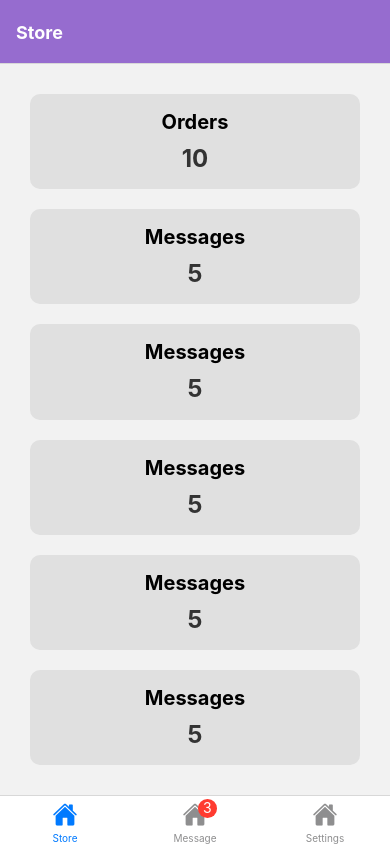
Repository: Waikato153/AwesomeProject
Screen: /
These files come from the project's save history. The screen is drawn as it stood at one moment and after the next save; the edit follows.
The app was drawn by React Native's web renderer in a window 390 px wide. The project was rebuilt for these pictures with package versions that can differ from the ones it lists, and the page was loaded fresh each time.

Above is the screen before, as saved 2024-02-29 11:46:23.

### App.js
import * as React from 'react';
import { Text, View, StyleSheet} from 'react-native';
import { NavigationContainer } from '@react-navigation/native';
import { createBottomTabNavigator } from '@react-navigation/bottom-tabs';
import { Ionicons } from '@expo/vector-icons';

import HomeScreen from './screens/HomeScreen';

function SettingsScreen() {
  return (
    <View style={{ flex: 1, justifyContent: 'center', alignItems: 'center' }}>
      <Text>Settings!</Text>
    </View>
  );
}


const styles = StyleSheet.create({
  container: {
    flex: 1,
    justifyContent: 'center',
    backgroundColor: 'white',
    alignItems: 'center',
    padding: 8,
  },
  paragraph: {
    margin: 24,
    fontSize: 18,
    fontWeight: 'bold',
    textAlign: 'center',
  },
});

const Tab = createBottomTabNavigator();

function MyTabs() {
  return (

    <Tab.Navigator
      screenOptions={{
        tabBarIcon: ({ color, size }) => (
          <Ionicons name="home" color={color} size={size} />
        ),
        headerStyle: {
          backgroundColor: '#966ccf',
        },
        headerTintColor: '#fff',
        headerTitleStyle: {
          fontWeight: 'bold',
        },
      }}
    >
      <Tab.Screen
        name="Store"
        component={HomeScreen}

      />
      <Tab.Screen
        name="Message"
        component={SettingsScreen}
        options={{
          tabBarBadge: 3
        }}
      />
      <Tab.Screen
        name="Settings"
        component={SettingsScreen}
      />
    </Tab.Navigator>
  );
}

export default function App() {
  return (
    <NavigationContainer>
      <MyTabs />
    </NavigationContainer>
  );
}

### screens/HomeScreen.js
import React from 'react';
import { View, Text, StyleSheet, ScrollView } from 'react-native';

const HomeScreen = () => {
  return (
    <View  style={styles.container}>
      <View style={styles.block}>
        <Text style={styles.title}>Orders</Text>
        <Text style={styles.count}>10</Text>
      </View>
      <View style={styles.block}>
        <Text style={styles.title}>Messages</Text>
        <Text style={styles.count}>5</Text>
      </View>
      <View style={styles.block}>
        <Text style={styles.title}>Messages</Text>
        <Text style={styles.count}>5</Text>
      </View>
      <View style={styles.block}>
        <Text style={styles.title}>Messages</Text>
        <Text style={styles.count}>5</Text>
      </View>
      <View style={styles.block}>
        <Text style={styles.title}>Messages</Text>
        <Text style={styles.count}>5</Text>
      </View>
      <View style={styles.block}>
        <Text style={styles.title}>Messages</Text>
        <Text style={styles.count}>5</Text>
      </View>
    </View>
  );
};

const styles = StyleSheet.create({
  container: {
    padding: 20,

    flex:1,
  },
  block: {
    flex:1,
    justifyContent: 'center',
    alignItems: 'center',
    backgroundColor: '#e0e0e0',
    borderRadius: 10,
    padding: 20,
    margin: 10,
  },
  title: {
    fontSize: 20,
    fontWeight: 'bold',
    marginBottom: 10,
  },
  count: {
    fontSize: 24,
    fontWeight: 'bold',
    color: '#333333',
  },
});

export default HomeScreen;

After the next save:
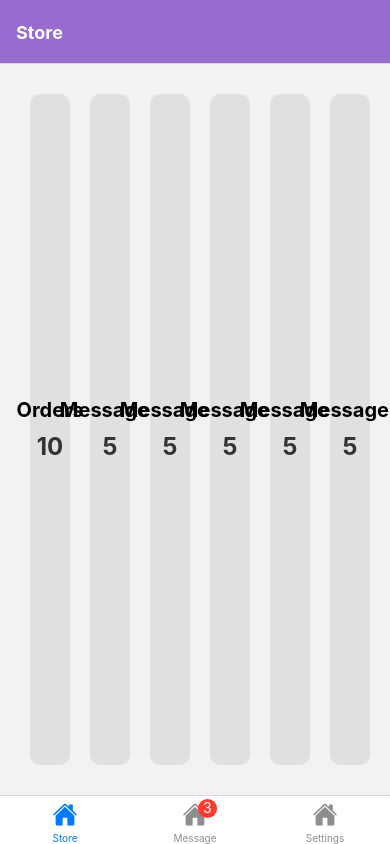
Saved 30 s later.
--- a/screens/HomeScreen.js
+++ b/screens/HomeScreen.js
@@ -35,7 +35,7 @@ const HomeScreen = () => {
 const styles = StyleSheet.create({
   container: {
     padding: 20,
-
+    flexDirection: 'row', // 水平方向布局
     flex:1,
   },
   block: {
